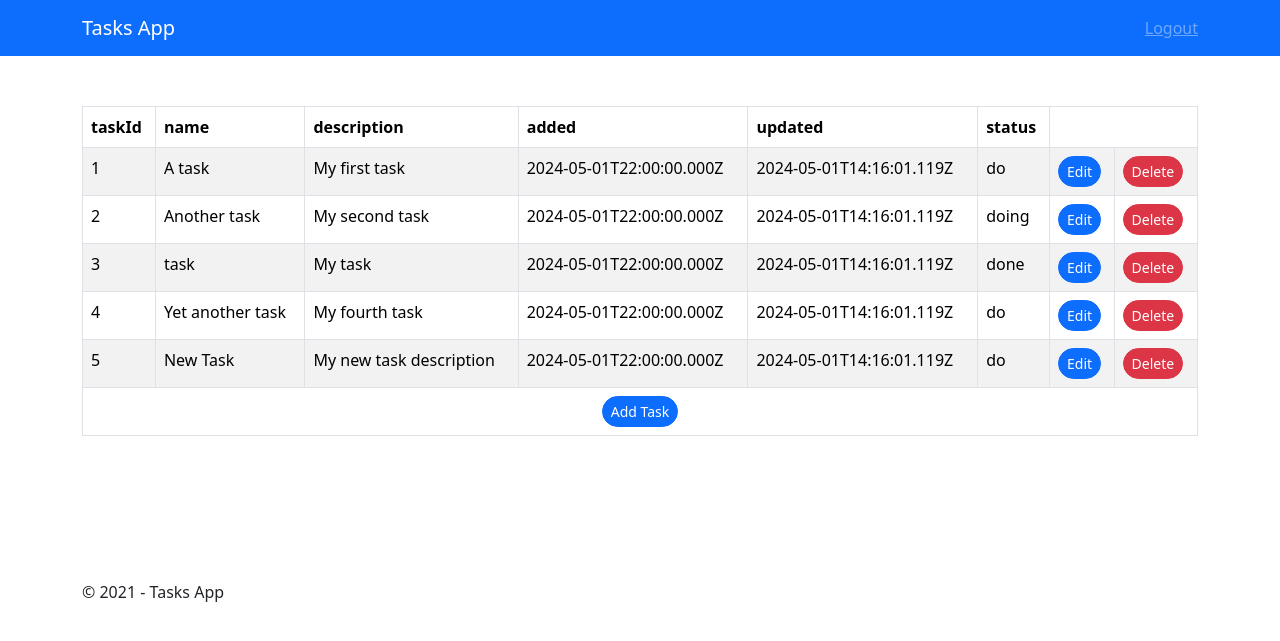
Repository: trider/react-task-manager
Page: /#/tasks
The author's editor kept a copy of each file at every save. The page is drawn from the files as they stood at one save, then again after the next save.
The browser window is 1280 px wide. The pictures show the whole page.
The project was rebuilt for these pictures with package versions that can differ from the ones it lists, and the page was loaded fresh each time. Also part of the build but not shown: src/App.css, src/data/_Users.js, src/pages/Login.js.

Above is the page before, as saved 2024-05-07 17:45:19.

### src/App.js
// import logo from './logo.svg';
import './App.css';
import 'bootstrap/dist/css/bootstrap.min.css';
// import { BrowserRouter, Routes, Route } from "react-router-dom";
import {HashRouter as Router, Routes, Route} from "react-router-dom";
import LoginForm from "./pages/Login";
import TaskList from "./pages/Task";

// const path = process.env.REACT_APP_FOR_PATH;

function App() {
  return (
    <div>
      <Router baseline="/">
        <Routes>
          <Route index element={<LoginForm />} />
            <Route path="login" element={<LoginForm />} />
            <Route path="tasks" element={<TaskList />} />
        </Routes>
      </Router>
    </div>
  );
}

export default App;

### src/pages/Task.js
import * as React from 'react';

import { useState } from 'react';

import Table from 'react-bootstrap/Table';
import Container from 'react-bootstrap/Container';
import Button from 'react-bootstrap/Button';
import Form from 'react-bootstrap/Form';

import NavbarComponent from '../components/Navigation';
import Footer from '../components/Footer';

import userTasks from '../data/_Tasks';
import tableCols from '../data/_Cols';




const TaskTable = () => {

  const [tasks, setTasks] = useState(userTasks);
  const [taskName, setTaskName] = useState("A Task");
  const [taskDescription, setTaskDescription] = useState("Task Description");
  const [dateAdded, setDateAdded] = useState(new Date().toISOString());
  const [dateUpdated, setDateUpdated] = useState(new Date().toISOString());
  const [taskStatus, setTaskStatus] = useState("do");
  const [isAdd, setIsAdd] = useState(false);


  const addTask = (task) => {
    setDateAdded(new Date().toISOString());
    setDateUpdated(new Date().toISOString());
    setTaskStatus('do');
    setIsAdd(false);
    setTasks([...tasks, { id: tasks.length + 1, ...task }]);
  }

  const editTask = (task) => {

    setIsAdd(false);
    setTasks(tasks.map((t) => {
      if (tasks.filter((t) => t.isEdit === true).length < 1) {
        if (t.taskId === task.taskId) t.isEdit = !t.isEdit;
      }

      return t
    }));


  }

  const getButton = (task) => {

    if (task.isEdit) {
      return <Button variant="primary rounded-pill" size='sm' onClick={(e) => updateTask(task)}>
        Update
      </Button>
    }
    else {
      return <Button variant="primary rounded-pill" size='sm' onClick={(e) => editTask(task)}>
        Edit
      </Button>
    }

  }

  const updateTask = (task) => {






    setTasks(tasks.map((t) => {
      setTaskName(t.name);
      setTaskDescription(t.description);
      if (t.taskId === task.taskId) {
        t.isEdit = !t.isEdit;
        t.name = taskName;
        t.description = taskDescription;
        t.updated = new Date().toISOString();
        t.status = taskStatus;
      }
      return t;
    }));
    setIsAdd(false);



  }

  const deleteTask = (task) => {
    setTasks(tasks.filter((t) => t.taskId !== task.taskId));
  }

  const getTask = (task, col) => {
    if (task.isEdit) {
      if (col === 'name') {
        return <Form.Control
          type="text"
          value={taskName}
          onChange={(e) => setTaskName(e.target.value)}
        />
      }
      else if (col === 'description') {
        return <Form.Control
          type="text"
          value={taskDescription}
          onChange={(e) => setTaskDescription(e.target.value)}
        />
      }
      else if (col === 'status') {
        return <Form.Control
          type="text"
          value={taskStatus}
          onChange={(e) => setTaskStatus(e.target.value)}
        />
      }
      else {
        return task[col]
      }


    }
    else {
      return task[col]
    }


  }



  const showTableBody = () => {

    if (isAdd) {

      return <tbody>

        <tr>
          <td>
            {tasks.length + 1}
          </td>
          <td>
            <Form.Control
              type="text"
              value={taskName}
              onChange={(e) => setTaskName(e.target.value)}
            />
          </td>
          <td>
            <Form.Control
              type="text"
              value={taskDescription}
              onChange={(e) => setTaskDescription(e.target.value)}

            />
          </td>
          <td>
            {dateAdded}
          </td>
          <td>
            {dateUpdated}
          </td>
          <td>
            do
          </td>

          <td colSpan='2'>
            <div className="d-grid gap-2 d-md-flex justify-content-md-center">

              <Button variant="primary rounded-pill" size='sm' onClick={(e) => addTask({
                name: taskName,
                description: taskDescription,
                user: 'jonnygold',
                status: 'do',
                taskId: tasks.length + 1,
                added: new Date().toISOString(),
                updated: new Date().toISOString(),
                isActive: true,
                isEdit: false
              })}>
                Add
              </Button>
            </div>
          </td>
        </tr>



      </tbody>



    }
    else {
      return <tbody>
        {tasks.map((task) => (
          <tr key={task.id}>
            {tableCols.map((col) => (
              <td key={col}>

                {getTask(task, col)}

              </td>
            ))}

            <td>
              {getButton(task)}
            </td>
            <td>
              <Button variant="danger rounded-pill" size='sm' onClick={(e) => deleteTask(task)}>
                Delete
              </Button>
            </td>
          </tr>
        ))}



        <tr>

          <td colSpan={tableCols.length + 2} style={{ backgroundColor: "white" }}>
            <div className="d-grid gap-2 d-md-flex justify-content-md-center">
              <Button variant="primary rounded-pill" size='sm' onClick={(e) => setIsAdd(!isAdd)}>
                Add Task
              </Button>
            </div>
          </td>
        </tr>
      </tbody>

    }


  }






  return (
    <div >
      <Table striped bordered hover size="lg">
        <thead>
          <tr>
            {tableCols.map((col) => (
              <th key={col}>{col}</th>
            ))}
            <th colSpan={"2"}></th>
          </tr>
        </thead>

        {showTableBody()}

      </Table>




    </div>
  );
}


const TaskList = () => {
  return (
    <div>

      <NavbarComponent />
      <Container style={{ marginTop: "50px" }}>

        <div style={{ marginTop: "50px" }}>
          <TaskTable />
        </div>

      </Container>
      <Footer />
    </div>
  );
}

export default TaskList;

### src/components/Navigation.js
import * as React from 'react';
import Container from 'react-bootstrap/Container';
import Nav from 'react-bootstrap/Nav';
import Navbar from 'react-bootstrap/Navbar';
import {Link as ReactLink} from "react-router-dom";






const NavbarComponent = () => {
  return (
    <Navbar bg="primary" expand="lg" data-bs-theme="dark">
      <Container>
        <Navbar.Brand href="#home">Tasks App</Navbar.Brand>
        <Navbar.Toggle aria-controls="basic-navbar-nav" />
        <Navbar.Collapse id="basic-navbar-nav">
          <Nav className="me-auto" >
          </Nav>

          <div className='Nav'>
            <ReactLink to="/login">Logout</ReactLink>
          </div>
        </Navbar.Collapse>
      </Container>
    </Navbar>
  );
}



export default NavbarComponent;

### src/components/Footer.js
import * as React from 'react';
import Container from 'react-bootstrap/Container';

const Footer = () => {
  return (
    <footer style={{paddingTop:'10%'}}>
      <Container >
        <p>&copy; 2021 - Tasks App</p>
      </Container>
    </footer>
  );
}

export default Footer;

### src/data/_Tasks.js
const userTasks= [
 {
   id: "6630ab326e723ac1ea6dce7a",
   description: "My first task",
   name: "A task",
   taskId: 1,
   user: "jonnygold",
   added: "2024-05-01T22:00:00.000Z",
   updated: "2024-05-01T14:16:01.119Z",
   status: "do",
   isActive: true,
   isEdit: false
 },
 {
   id: "6630fe5d6e723ac1ea6dce7e",
   description: "My second task",
   name: "Another task",
   taskId: 2,
   user: "jonnygold",
   added: "2024-05-01T22:00:00.000Z",
   updated:"2024-05-01T14:16:01.119Z",
   status: "doing",
   isActive: true,
   isEdit: false
 },
 {
   id: "6630fe826e723ac1ea6dce7f",
   description: "My task",
   name: "task",
   taskId: 3,
   user: "jonnygold",
   added: "2024-05-01T22:00:00.000Z",
   updated:"2024-05-01T14:16:01.119Z",
   status: "done",
   isActive: true,
   isEdit: false
 },
 {
   id: "6631f17cc4c9b7f5ab3c28c3",
   name: "Yet another task",
   description: "My fourth task",
   user: "jonnygold",
   taskId: 4,
   added: "2024-05-01T22:00:00.000Z",
   updated:"2024-05-01T14:16:01.119Z",
   isActive: true,
   status: "do",
   isEdit: false

 },
 {
   id: "66323f0d54b80929f84ebdd2",
   user: "jonnygold",
   name: "New Task",
   description: "My new task description",
   status: "do",
   taskId: 5,
   added: "2024-05-01T22:00:00.000Z",
   updated:"2024-05-01T14:16:01.119Z",
   isActive: true,
   isEdit: false
 }

]

export default userTasks

### src/data/_Cols.js
const tableCols = [
 'taskId',
 'name',
 'description',
 'added',
 'updated',
 'status',
];

export default tableCols

Loaded but not shown: public/index.html (common file); src/index.js (common file); src/index.css (common file); src/reportWebVitals.js (common file)

After the next save:
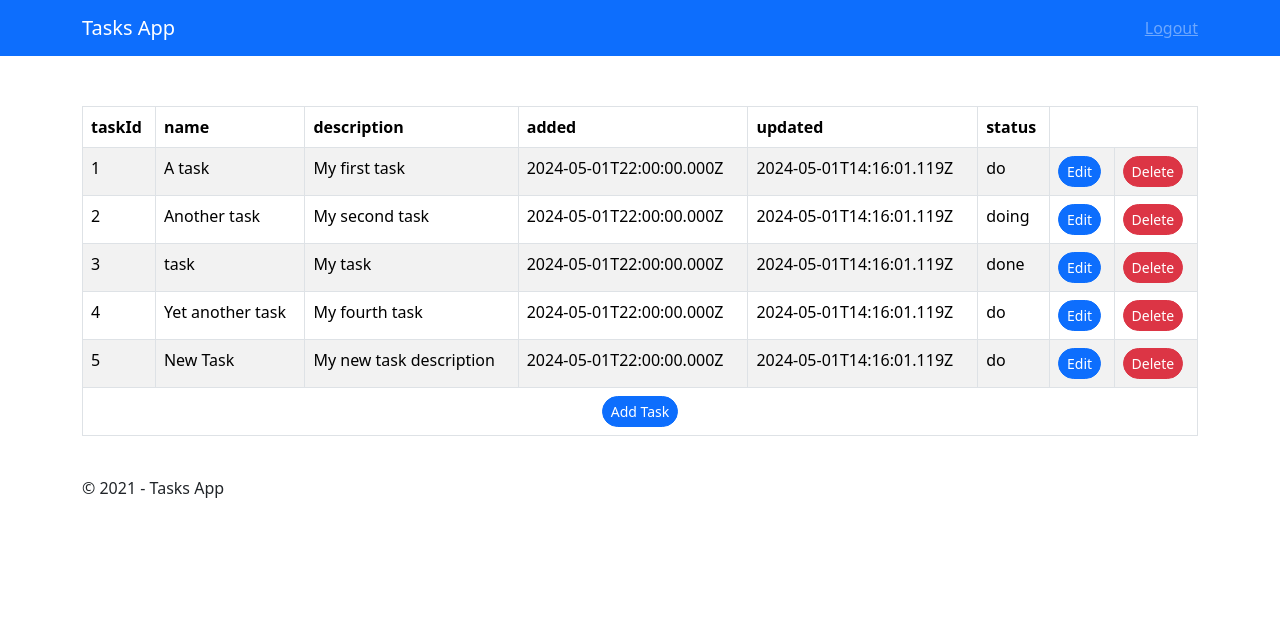
Saved 20 s later.
--- a/src/components/Footer.js
+++ b/src/components/Footer.js
@@ -3,7 +3,7 @@ import Container from 'react-bootstrap/Container';
 
 const Footer = () => {
   return (
-    <footer style={{paddingTop:'10%'}}>
+    <footer style={{paddingTop:'10%'}} className='class="d-flex flex-wrap justify-content-between align-items-center py-3 my-4 border-top">'>
       <Container >
         <p>&copy; 2021 - Tasks App</p>
       </Container>
